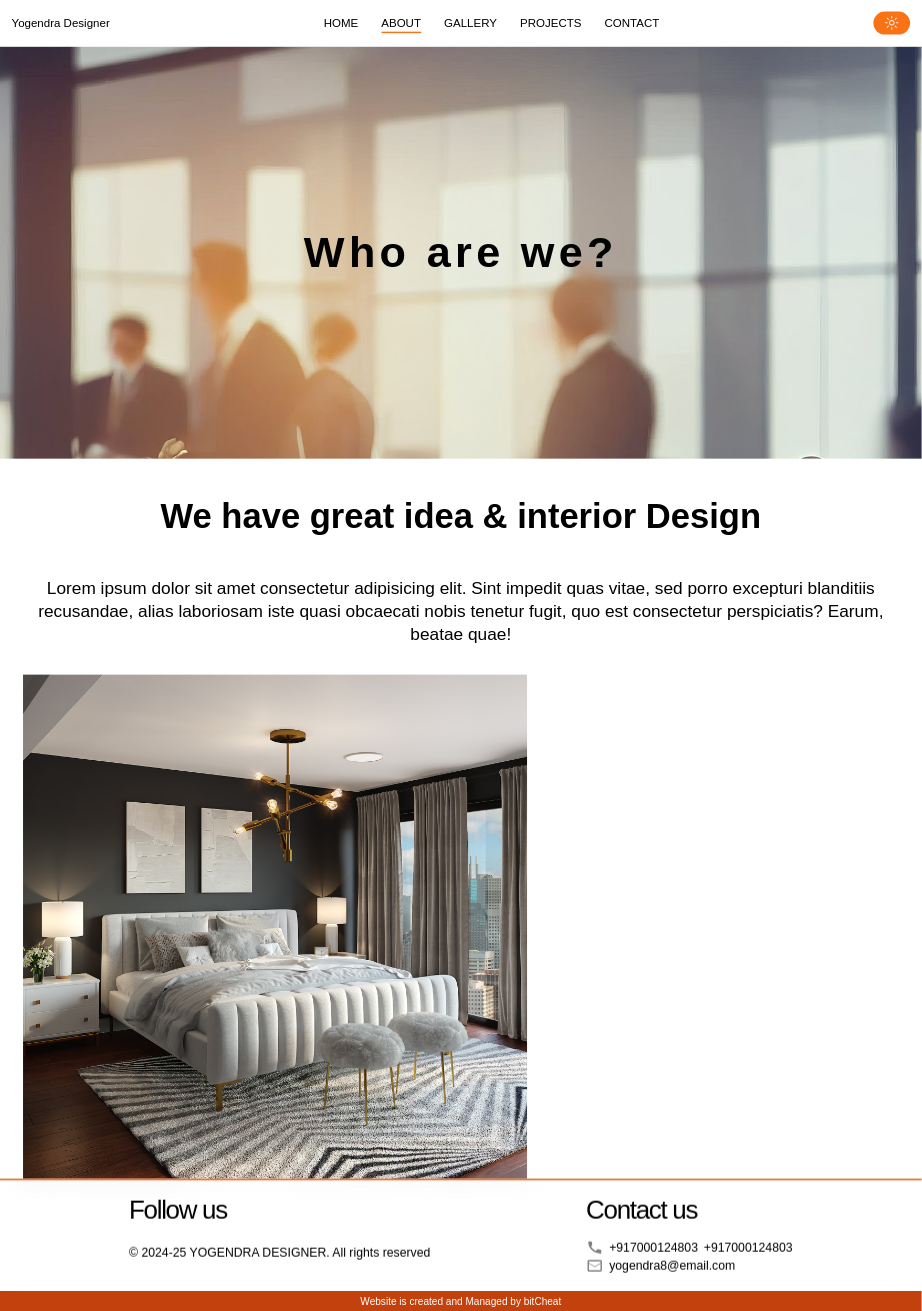
Repository: hitoutvrma/MB_designs-Interior-Designing-website
Page: /about
These files come from the project's save history. The page is drawn as it stood at one moment and after the next save; the edit follows.
The browser window is 1280 px wide. The pictures show the whole page, at 72% of full size.
The project was rebuilt for these pictures with package versions that can differ from the ones it lists, and the page was loaded fresh each time. The framework's server and built-in components were replaced by stand-ins that run in the browser. Also part of the build but not shown: next.config.mjs.

Above is the page before, as saved 2024-09-16 20:40:16.

### app/layout.js
import localFont from "next/font/local";
import { Sen } from "next/font/google";
import "./globals.css";
import Header from "@/components/ui/Header";
import Footer from "@/components/ui/Footer";
import { ThemeProvider } from "@/components/ThemeProvider";

const josef = Sen({
  subsets:["latin"],
  weight:["400","500","600","700"],
  display:"swap"
})

// const geistSans = localFont({
//   src: "./fonts/GeistVF.woff",
//   variable: "--font-geist-sans",
//   weight: "100 900",
// });
// const geistMono = localFont({
//   src: "./fonts/GeistMonoVF.woff",
//   variable: "--font-geist-mono",
//   weight: "100 900",
// });

export const metadata = {
  title: "Create Next App",
  description: "Generated by create next app",
};

export default function RootLayout({ children }) {
  return (
    <html lang="en" suppressHydrationWarning>
      <body
        className={`${josef.variable} ${josef.variable} overflow-x-hidden antialiased`}
      >
        <ThemeProvider attribute='class' defaultTheme='light'>

        <Header/>
        {children}
        <Footer/>
        </ThemeProvider>
      </body>
    </html>
  );
}

### app/about/page.jsx
import Image from 'next/image'
import React from 'react'

const page = () => {
  return (
    <div>
      <div className="bg-[url('/image/whoweare.jpg')] bg-center bg-cover">
        <h1 className='container py-32 text-6xl font-semibold text-black tracking-widest text-center lg:py-64'>Who are we?</h1>
      </div>
      <div className='container'>
        <div className='pt-4'>
          <h2 className='text-3xl font-semibold text-center lg:p-10 lg:text-5xl'>We have great idea & interior Design</h2>
          <p className='text-2xl text-center font-medium pb-10 mt-5'>Lorem ipsum dolor sit amet consectetur adipisicing elit. Sint impedit quas vitae, sed porro excepturi blanditiis recusandae, alias laboriosam iste quasi obcaecati nobis tenetur fugit, quo est consectetur perspiciatis? Earum, beatae quae!</p>
        </div>


      <div className='items-center lg:flex gap-x-8'>
      <div className='w-full'>
        <Image src="/image/gallery1123.jpg" width={700} height={700}/>
      </div>
      <div></div>
      </div>
      </div>
    </div>
  )
}

export default page

### app/globals.css
@tailwind base;
@tailwind components;
@tailwind utilities;


body {
  color: var(--foreground);
  background: var(--background);
  font-family: Arial, Helvetica, sans-serif;
}

@layer utilities {
  .text-balance {
    text-wrap: balance;
  }
}


@layer base {
  :root {
    --background: 0 0% 100%;
    --foreground: 20 14.3% 4.1%;
    --card: 0 0% 100%;
    --card-foreground: 20 14.3% 4.1%;
    --popover: 0 0% 100%;
    --popover-foreground: 20 14.3% 4.1%;
    --primary: 24.6 95% 53.1%;
    --primary-foreground: 60 9.1% 97.8%;
    --secondary: 60 4.8% 95.9%;
    --secondary-foreground: 24 9.8% 10%;
    --muted: 60 4.8% 95.9%;
    --muted-foreground: 25 5.3% 44.7%;
    --accent: 60 4.8% 95.9%;
    --accent-foreground: 24 9.8% 10%;
    --destructive: 0 84.2% 60.2%;
    --destructive-foreground: 60 9.1% 97.8%;
    --border: 20 5.9% 90%;
    --input: 20 5.9% 90%;
    --ring: 24.6 95% 53.1%;
    --radius: 0.5rem;
    --chart-1: 12 76% 61%;
    --chart-2: 173 58% 39%;
    --chart-3: 197 37% 24%;
    --chart-4: 43 74% 66%;
    --chart-5: 27 87% 67%;
  }

  .dark {
    --background: 20 14.3% 4.1%;
    --foreground: 60 9.1% 97.8%;
    --card: 20 14.3% 4.1%;
    --card-foreground: 60 9.1% 97.8%;
    --popover: 20 14.3% 4.1%;
    --popover-foreground: 60 9.1% 97.8%;
    --primary: 20.5 90.2% 48.2%;
    --primary-foreground: 60 9.1% 97.8%;
    --secondary: 12 6.5% 15.1%;
    --secondary-foreground: 60 9.1% 97.8%;
    --muted: 12 6.5% 15.1%;
    --muted-foreground: 24 5.4% 63.9%;
    --accent: 12 6.5% 15.1%;
    --accent-foreground: 60 9.1% 97.8%;
    --destructive: 0 72.2% 50.6%;
    --destructive-foreground: 60 9.1% 97.8%;
    --border: 12 6.5% 15.1%;
    --input: 12 6.5% 15.1%;
    --ring: 20.5 90.2% 48.2%;
    --chart-1: 220 70% 50%;
    --chart-2: 160 60% 45%;
    --chart-3: 30 80% 55%;
    --chart-4: 280 65% 60%;
    --chart-5: 340 75% 55%;
  }
}



@layer base {
  * {
    @apply border-border;
  }
  body {
    @apply bg-background text-foreground;
  }
}

.h1{
  @apply text-6xl xl:text-[72px] xl:leading-[80px] tracking-[-2px] font-bold mb-5 mt-4;
}

### components/ui/Header.jsx
'use client';
import React from 'react'
 import ThemeToggler from '../ThemeToggler'
import MobileNavigation from './MobileNavigation';
import Nav from './Nav';
const Header = () => {
  return (
    <div className='flex justify-between p-4 items-center '>
      <div>Yogendra Designer</div>
      <Nav containerStyles='hidden xl:flex gap-8 items-center' linkStyles='relative hover:text-primary transition-all' underlineStyles ='absolute left-0 top-full h-[2px] bg-primary w-full'
      />
      <div className='flex gap-2 items-center'>

      <ThemeToggler/>
      <div className='xl:hidden'>

      <MobileNavigation/>
      </div>
      </div>
    </div>
  )
}

export default Header

### components/ui/Footer.jsx
import React from 'react'

const Footer = () => {
  return (
    <div className='w-screen'>

    <div class="sm:flex justify-between  border-t-2 border-t-orange-600  backdrop-blur-lg sm:px-[14vw] px-4 py-[3vh] text-[17px] ">
  <div className='mb-8 sm:mb-0'>
    <head>
    <link rel="stylesheet" href="https://cdnjs.cloudflare.com/ajax/libs/font-awesome/6.0.0-beta3/css/all.min.css"/>

    </head>
    <h1 class="pb-5 text-4xl tracking-tighter">Follow us</h1>
    <div className='flex gap-x-6 pb-2 text-4xl'>
    <a href="https://instagram/hitoutvrma" className="text-gray-600 hover:text-pink-500 transition-transform duration-300 transform hover:scale-110"><i class="fa-brands fa-instagram" ></i></a>
      <a href="https://www.linkedin.com/in/hitesh-verma-3695b0254/" className="text-gray-600 hover:text-blue-700 transition-transform duration-300 transform hover:scale-110"><i class="fa-brands fa-linkedin"></i></a>
      <a href="https://x.com/hitesh_404" className="text-gray-600 hover:text-blue-700 transition-transform duration-300 transform hover:scale-110"><i class="fa-brands fa-facebook"></i></a>
    </div>
    <div className='sm:block hidden'>&copy; 2024-25 YOGENDRA DESIGNER. All rights reserved</div>
  </div>
  <div>
    <h1 class="pb-5 text-4xl tracking-tighter">Contact us</h1>
    <div class="flex gap-x-2">
      <svg class="text" xmlns="http://www.w3.org/2000/svg" viewBox="0 0 24 24" width="24" height="24" fill="gray">
        <path d="M6.62 10.79a15.533 15.533 0 006.59 6.59l2.2-2.2a1 1 0 011.09-.27c1.12.37 2.33.57 3.6.57a1 1 0 011 1V20a1 1 0 01-1 1C10.29 21 3 13.71 3 5a1 1 0 011-1h3.01a1 1 0 011 1c0 1.27.2 2.48.57 3.6a1 1 0 01-.27 1.09l-2.2 2.2z" />
      </svg>
      <a href="tel:+917000124803" class="hover:underline">+917000124803</a>
      <a href="tel:+917000124803" class="hover:underline">+917000124803</a>
    </div>
    <div class="flex gap-x-2">
      <svg xmlns="http://www.w3.org/2000/svg" viewBox="0 0 24 24" width="24" height="24" fill="gray">
        <path d="M20 4H4a2 2 0 00-2 2v12a2 2 0 002 2h16a2 2 0 002-2V6a2 2 0 00-2-2zM4 6h16v2l-8 5-8-5V6zm0 12V9l7.39 4.62a1 1 0 001.22 0L20 9v9H4z" />
      </svg>
      <a href="mailto:example@email.com" class="hover:underline">yogendra8@email.com</a>
    </div>
  </div>
    </div>
  <div className='flex items-center justify-center p-1 text-sm bg-orange-700 text-white border-t-orange-600'>Website is created and Managed by bitCheat</div>
</div>

  )
}

export default Footer

### components/ThemeProvider.jsx
'use client';

import { ThemeProvider as NextThemesProvider } from "next-themes";

export function ThemeProvider({ children, ...props }) {
    return <NextThemesProvider {...props}>
        { children }
    </NextThemesProvider>
}

### components/ThemeToggler.jsx
import { Button } from "./ui/button";
import { useTheme } from "next-themes";
import { SunIcon, MoonIcon } from "@radix-ui/react-icons";

const ThemeToggler = () => {
    const { theme, setTheme } = useTheme();

  return (
    <div>
      <Button  onClick={()=>setTheme(theme==='dark'?'light':'dark')}>
        <SunIcon className="h-[1.2rem] w-[1.2rem] scale-100 rotate-0 transition-all dark:rotate-90 dark:scale-0"/>
        <MoonIcon className="w-[1rem] absolute scale-0 rotate-90 transition-all dark:rotate-0 dark:scale-100"/>
      </Button>
    </div>
  )
}

export default ThemeToggler

### components/ui/MobileNavigation.jsx
import React from 'react'

import {Sheet, SheetContent, SheetTrigger} from '@/components/ui/sheet';
import Nav from './Nav';
import { AlignJustify } from 'lucide-react';

const MobileNavigation = () => {
  return (
    <Sheet>
        <SheetTrigger asChild>
            <AlignJustify className='cursor-pointer'/>
        </SheetTrigger>
        <SheetContent>
            <div className='p-3 flex flex-col items-center'>
                <div>
                    <div>Yogendra designer</div>
                    <Nav containerStyles='flex flex-col items-center gap-y-2' linkStyles='text-1xl '/>
                </div>
            </div>
        </SheetContent>
    </Sheet>
  )
}

export default MobileNavigation

### components/ui/Nav.jsx
//Hooks

import { usePathname } from "next/navigation";
import { motion } from "framer-motion";
import Link from "next/link";

const links = [
    {
        path:'/',name:'home'
    },
    {
        path:'/about',name:'about'
    },
    {
        path:'/gallery',name:'gallery'
    },
    {
        path:'/projects',name:'projects'
    },
    {
        path:'/contact',name:'contact'
    },
]
const Nav = ({ containerStyles, linkStyles, underlineStyles } ) => {

    const path = usePathname();
  return (
    <div className={`${containerStyles}`} >
        {
            links.map((link,index) =>{
                return(
                    <Link href={link.path}
                    key={index} className={`uppercase ${linkStyles}`}>
                        {link.path===path && (
                            <motion.span
                            initial={{y:'-100%'}}
                            animate={{y:0}}
                            transition={{ type:'tween'}}
                            layoutId="underline"
                            className={`${underlineStyles}`}
                            />
                        )}
                        {link.name}

                    </Link>
                )
            })
        }
      </div>
  )
}

export default Nav

### components/ui/button.jsx
import * as React from "react"
import { Slot } from "@radix-ui/react-slot"
import { cva } from "class-variance-authority";

import { cn } from "@/lib/utils"

const buttonVariants = cva(
  "inline-flex items-center justify-center whitespace-nowrap rounded-full text-base font-medium ring-offset-background transition-colors focus-visible:outline-none focus-visible:ring-2 focus-visible:ring-ring focus-visible:ring-offset-2 disabled:pointer-events-none disabled:opacity-50",
  {
    variants: {
      variant: {
        default: "bg-primary text-primary-foreground hover:bg-primary/90",
        destructive:
          "bg-destructive text-destructive-foreground hover:bg-destructive/90",
        outline:
          "border border-input bg-background hover:bg-accent hover:text-accent-foreground",
        secondary:
          "bg-secondary text-secondary-foreground hover:bg-secondary/80",
        ghost: "hover:bg-accent hover:text-accent-foreground",
        link: "text-primary underline-offset-4 hover:underline",
      },
      size: {
        default: "sm:h-[2.5vw] h-[7vw] px-4 py-2",
        sm: "h-9 rounded-md px-3",
        lg: "h-11 rounded-md px-8",
        icon: "h-10 w-10",
      },
    },
    defaultVariants: {
      variant: "default",
      size: "default",
    },
  }
)

const Button = React.forwardRef(({ className, variant, size, asChild = false, ...props }, ref) => {
  const Comp = asChild ? Slot : "button"
  return (
    (<Comp
      className={cn(buttonVariants({ variant, size, className }))}
      ref={ref}
      {...props} />)
  );
})
Button.displayName = "Button"

export { Button, buttonVariants }

### components/ui/sheet.jsx
"use client";
import * as React from "react"
import * as SheetPrimitive from "@radix-ui/react-dialog"
import { cva } from "class-variance-authority";
import { X } from "lucide-react"

import { cn } from "@/lib/utils"

const Sheet = SheetPrimitive.Root

const SheetTrigger = SheetPrimitive.Trigger

const SheetClose = SheetPrimitive.Close

const SheetPortal = SheetPrimitive.Portal

const SheetOverlay = React.forwardRef(({ className, ...props }, ref) => (
  <SheetPrimitive.Overlay
    className={cn(
      "fixed inset-0 z-50 bg-black/80  data-[state=open]:animate-in data-[state=closed]:animate-out data-[state=closed]:fade-out-0 data-[state=open]:fade-in-0",
      className
    )}
    {...props}
    ref={ref} />
))
SheetOverlay.displayName = SheetPrimitive.Overlay.displayName

const sheetVariants = cva(
  "fixed z-50 gap-4 bg-background p-6 shadow-lg transition ease-in-out data-[state=open]:animate-in data-[state=closed]:animate-out data-[state=closed]:duration-300 data-[state=open]:duration-500",
  {
    variants: {
      side: {
        top: "inset-x-0 top-0 border-b data-[state=closed]:slide-out-to-top data-[state=open]:slide-in-from-top",
        bottom:
          "inset-x-0 bottom-0 border-t data-[state=closed]:slide-out-to-bottom data-[state=open]:slide-in-from-bottom",
        left: "inset-y-0 left-0 h-full w-3/4 border-r data-[state=closed]:slide-out-to-left data-[state=open]:slide-in-from-left sm:max-w-sm",
        right:
          "inset-y-0 right-0 h-full w-3/4  border-l data-[state=closed]:slide-out-to-right data-[state=open]:slide-in-from-right sm:max-w-sm",
      },
    },
    defaultVariants: {
      side: "right",
    },
  }
)

const SheetContent = React.forwardRef(({ side = "right", className, children, ...props }, ref) => (
  <SheetPortal>
    <SheetOverlay />
    <SheetPrimitive.Content ref={ref} className={cn(sheetVariants({ side }), className)} {...props}>
      {children}
      <SheetPrimitive.Close
        className="absolute right-4 top-4 rounded-sm opacity-70 ring-offset-background transition-opacity hover:opacity-100 focus:outline-none focus:ring-2 focus:ring-ring focus:ring-offset-2 disabled:pointer-events-none data-[state=open]:bg-secondary">
        <X className="h-4 w-4" />
        <span className="sr-only">Close</span>
      </SheetPrimitive.Close>
    </SheetPrimitive.Content>
  </SheetPortal>
))
SheetContent.displayName = SheetPrimitive.Content.displayName

const SheetHeader = ({
  className,
  ...props
}) => (
  <div
    className={cn("flex flex-col space-y-2 text-center sm:text-left", className)}
    {...props} />
)
SheetHeader.displayName = "SheetHeader"

const SheetFooter = ({
  className,
  ...props
}) => (
  <div
    className={cn("flex flex-col-reverse sm:flex-row sm:justify-end sm:space-x-2", className)}
    {...props} />
)
SheetFooter.displayName = "SheetFooter"

const SheetTitle = React.forwardRef(({ className, ...props }, ref) => (
  <SheetPrimitive.Title
    ref={ref}
    className={cn("text-lg font-semibold text-foreground", className)}
    {...props} />
))
SheetTitle.displayName = SheetPrimitive.Title.displayName

const SheetDescription = React.forwardRef(({ className, ...props }, ref) => (
  <SheetPrimitive.Description
    ref={ref}
    className={cn("text-sm text-muted-foreground", className)}
    {...props} />
))
SheetDescription.displayName = SheetPrimitive.Description.displayName

export {
  Sheet,
  SheetPortal,
  SheetOverlay,
  SheetTrigger,
  SheetClose,
  SheetContent,
  SheetHeader,
  SheetFooter,
  SheetTitle,
  SheetDescription,
}

### tailwind.config.js
/** @type {import('tailwindcss').Config} */
module.exports = {
	darkMode: ["class"], // Dark mode setting
	content: [
	  "./pages/**/*.{js,ts,jsx,tsx,mdx}",
	  "./components/**/*.{js,ts,jsx,tsx,mdx}",
	  "./app/**/*.{js,ts,jsx,tsx,mdx}",
	],
	theme: {
	  // Container customization
	  container: {
		center: true, // Centers the container horizontally
		padding: '2rem', // Adds 1rem of padding (16px) on all sides
		screens: {
		  sm: '100%',  // Container takes 100% width on small screens
		  md: '100%',  // Container takes 100% width on medium screens
		  lg: '1024px', // Container is 1024px wide on large screens
		  xl: '1280px', // Container is 1280px wide on extra-large screens
		  '2xl': '1536px', // Container is 1536px wide on 2XL screens
		},
	  },
	  extend: {
		// Extending color palette
		colors: {
		  background: 'hsl(var(--background))',
		  foreground: 'hsl(var(--foreground))',
		  card: {
			DEFAULT: 'hsl(var(--card))',
			foreground: 'hsl(var(--card-foreground))',
		  },
		  popover: {
			DEFAULT: 'hsl(var(--popover))',
			foreground: 'hsl(var(--popover-foreground))',
		  },
		  primary: {
			DEFAULT: 'hsl(var(--primary))',
			foreground: 'hsl(var(--primary-foreground))',
		  },
		  secondary: {
			DEFAULT: 'hsl(var(--secondary))',
			foreground: 'hsl(var(--secondary-foreground))',
		  },
		  muted: {
			DEFAULT: 'hsl(var(--muted))',
			foreground: 'hsl(var(--muted-foreground))',
		  },
		  accent: {
			DEFAULT: 'hsl(var(--accent))',
			foreground: 'hsl(var(--accent-foreground))',
		  },
		  destructive: {
			DEFAULT: 'hsl(var(--destructive))',
			foreground: 'hsl(var(--destructive-foreground))',
		  },
		  border: 'hsl(var(--border))',
		  input: 'hsl(var(--input))',
		  ring: 'hsl(var(--ring))',
		  chart: {
			'1': 'hsl(var(--chart-1))',
			'2': 'hsl(var(--chart-2))',
			'3': 'hsl(var(--chart-3))',
			'4': 'hsl(var(--chart-4))',
			'5': 'hsl(var(--chart-5))',
		  },
		},
		// Extending border radius
		borderRadius: {
		  lg: 'var(--radius)',
		  md: 'calc(var(--radius) - 2px)',
		  sm: 'calc(var(--radius) - 4px)',
		},
	  },
	},
	plugins: [require("tailwindcss-animate")],
  };

Loaded but not shown: lib/utils.js (common file)

After the next save:
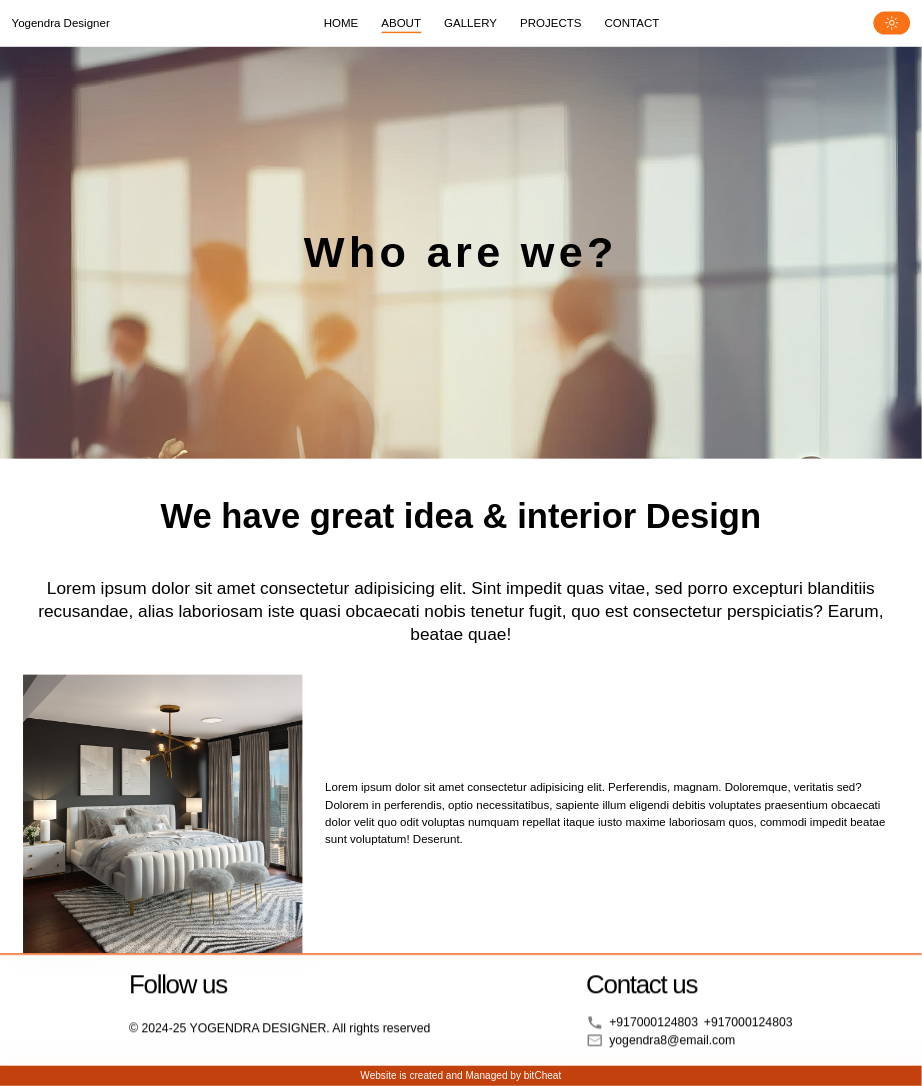
Saved 79 s later.
--- a/app/about/page.jsx
+++ b/app/about/page.jsx
@@ -15,10 +15,17 @@ const page = () => {
 
 
       <div className='items-center lg:flex gap-x-8'>
+        {/*Left side */}
       <div className='w-full'>
         <Image src="/image/gallery1123.jpg" width={700} height={700}/>
       </div>
-      <div></div>
+      {/*Left side */}
+      <div>
+      <p>
+        Lorem ipsum dolor sit amet consectetur adipisicing elit. Perferendis, magnam. Doloremque, veritatis sed? Dolorem in perferendis, optio necessitatibus, sapiente illum eligendi debitis voluptates praesentium obcaecati dolor velit quo odit voluptas numquam repellat itaque iusto maxime laboriosam quos, commodi impedit beatae sunt voluptatum! Deserunt.
+      </p>
+
+      </div>
       </div>
       </div>
     </div>
